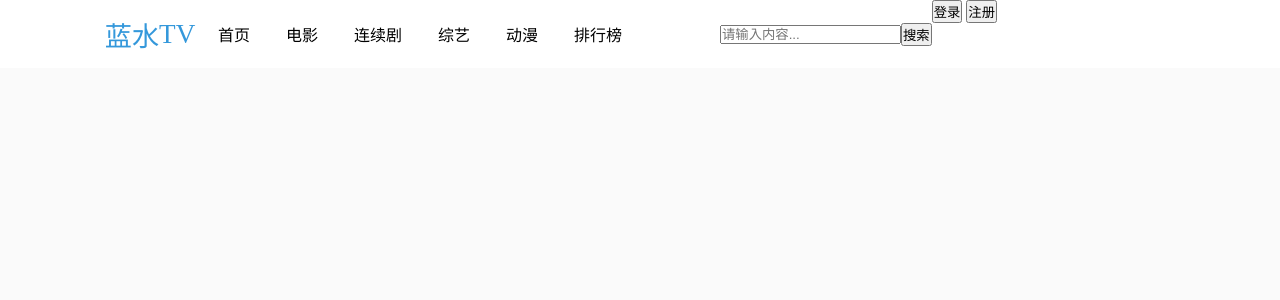
Repository: 842992406/blueWaterTV
Page: index.html
An editor plug-in stored every save of this project. The page is shown before and after the next save, followed by the edit.
The browser window is 1280 px wide. The pictures show the whole page.

Above is the page before, as saved 2022-05-05 15:41:35.

### index.html
<!DOCTYPE html>
<html lang="en">

<head>
  <meta charset="UTF-8">
  <meta http-equiv="X-UA-Compatible" content="IE=edge">
  <meta name="viewport" content="width=device-width, initial-scale=1.0">
  <title>蓝水TV</title>
  <link rel="stylesheet" href="./css/index.css">
</head>

<body>
  <!-- 头界面 -->
  <header>
    <!-- logo -->
    <div class="logo">
      <ul>
        <li>蓝</li>
        <li>水</li>
        <li>TV</li>
      </ul>
    </div>
    <!-- 导航栏 -->
    <div class="changeBox">
      <ul>
        <li>首页</li>
        <li>电影</li>
        <li>连续剧</li>
        <li>综艺</li>
        <li>动漫</li>
        <li>排行榜</li>
      </ul>
    </div>
    <div class="search">
      <input type="text" name="" id="" placeholder="请输入内容...">
      <button type="submit">搜索</button>
    </div>
    <!-- 登录注册按钮 -->
    <div class="userLogin">
      <button type="submit">登录</button>
      <button type="submit">注册</button>
    </div>
  </header>
  <!-- 主界面 -->
  <main></main>
  <!-- 脚页面 -->
  <footer></footer>
</body>

</html>

### css/index.css
*{
  padding: 0;
  margin: 0;
  box-sizing: border-box;
}

body{
  width: 100vw;
  height: 100vh;
  background-color: rgb(250, 250, 250);
}

/* 所有的 li 的前面的点都去掉 */
li{
  list-style: none;
}

header{
  width: 100vw;
  height: 68px;
  background-color: rgb(255, 255, 255);
  display: flex;
  padding:0 80px;
}

.logo>ul{
  width: 100px;
  height: 100%;
  display: flex;
  font-size: 1.7em;
  justify-content: center;
  align-items: center;
  margin-left: 20px;
  color: #3498db;
  /* 鼠标变为小手 */
  cursor: pointer;
}

.logo>ul li {
  transition: 1s;
}
/* logo的第一个单词 */
.logo>ul>li:nth-of-type(1):hover{
  transform: rotate(360deg);
  color: aqua;
}
/* logo的第二个单词 */
.logo>ul>li:nth-of-type(2):hover{
  transform: scale(1.2);
  color: #f1c40f;
}
/* logo的第三个单词 */
.logo>ul>li:nth-of-type(3):hover{
  transform: rotate(360deg);
  color: #60a3bc;
}

/* 导航栏 */
.changeBox{
  width: 440px;
  height: 100%;
  display: flex;
}

.changeBox>ul{
  display: flex;
  justify-content: center;
  align-items: center;
}

.changeBox>ul li{
  margin: 0 18px;
  cursor: pointer;
}

.changeBox>ul li:hover{
  color: #e67e22;
  border-bottom: 2px solid #e67e22;
}

.search{
  margin-left: 80px;
  display: flex;
  justify-content: center;
  align-items: center;
}

After the next save:
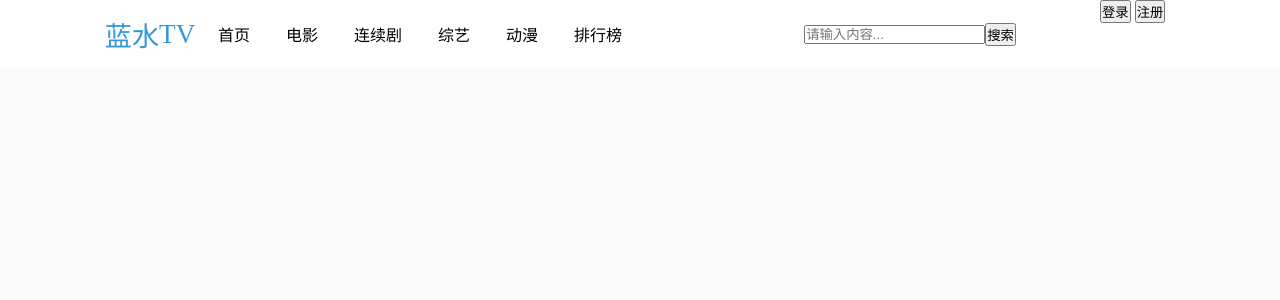
Saved 27 s later.
--- a/css/index.css
+++ b/css/index.css
@@ -79,6 +79,8 @@ header{
 }
 
 .search{
+  width: 380px;
+  height: 100%;
   margin-left: 80px;
   display: flex;
   justify-content: center;
